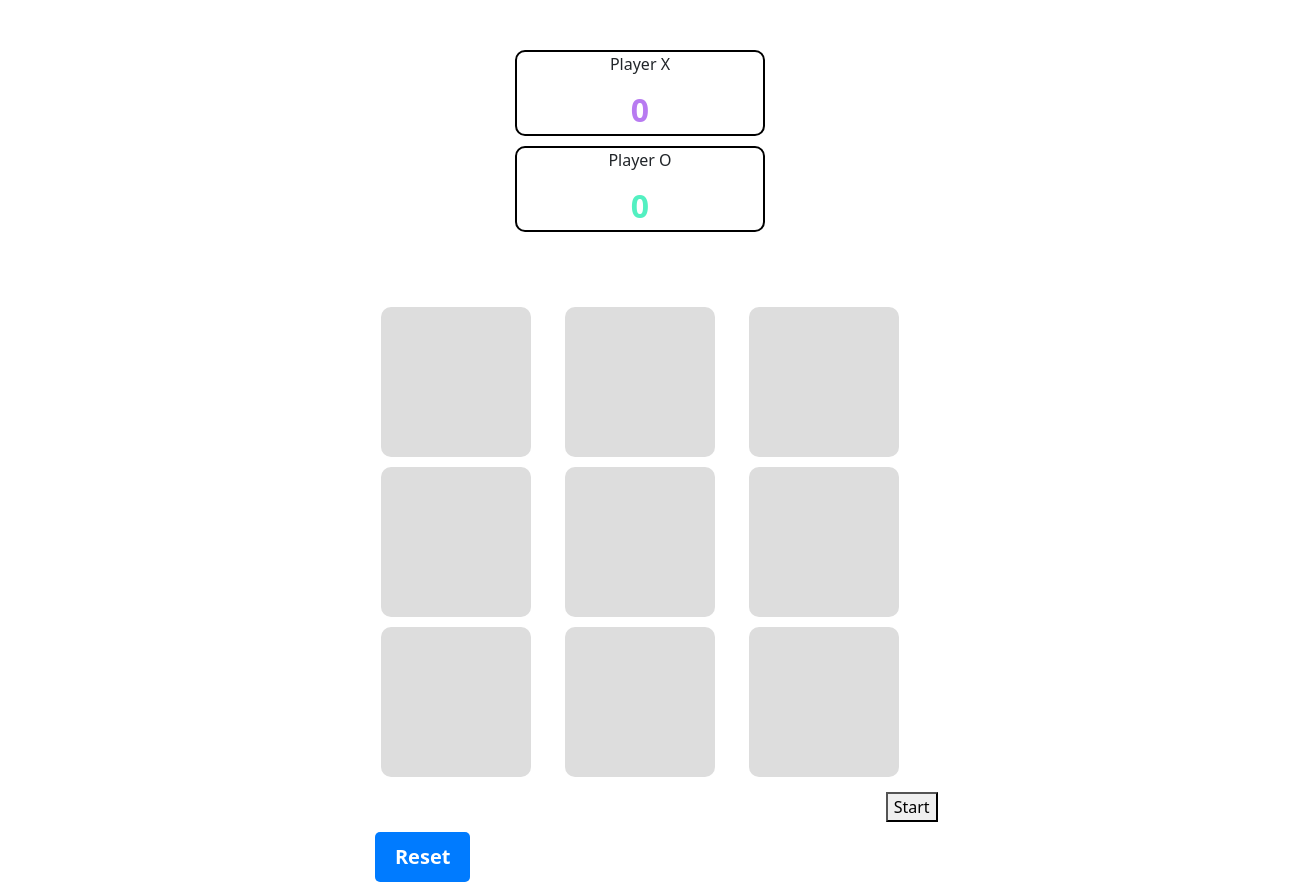
Repository: woodsdeshe/Tic-Tac-Toe
Page: index.html
The author's editor kept a copy of each file at every save. The page is drawn from the files as they stood at one save, then again after the next save.
The browser window is 1280 px wide. The page is 1292 px wide, so the pictures cover 1292 px, including what lies to the right of the window. The pictures show the whole page.

Above is the page before, as saved 2023-03-31 21:13:19.

### index.html
<!DOCTYPE html>
<html lang="en">
  <head>
    <meta charset="UTF-8" />
    <meta http-equiv="X-UA-Compatible" content="IE=edge" />
    <meta name="viewport" content="width=device-width, initial-scale=1.0" />
    <title>Tic Tac Toe | DeShe Woods</title>
    <link rel="stylesheet" href="styles.css" />
    <link
      href="https://cdn.jsdelivr.net/npm/bootstrap@5.3.0-alpha2/dist/css/bootstrap.min.css"
      rel="stylesheet"
      integrity="sha384-aFq/bzH65dt+w6FI2ooMVUpc+21e0SRygnTpmBvdBgSdnuTN7QbdgL+OapgHtvPp"
      crossorigin="anonymous"
    />
  </head>
  <body>
    <div class="container">
      <div class="row">
        <div class="col-12 scoreboard scoreboard-left">
          <div>Player X</div>
          <div class="score-x">0</div>
        </div>
        <div class="col-12 scoreboard scoreboard-right">
          <div>Player O</div>
          <div class="score-o">0</div>
        </div>
      </div>
      <div class="message"></div>
      <div class="container game-board">
        <div class="row">
          <div class="col-4">
            <div class="tile square-1"></div>
          </div>
          <div class="col-4">
            <div class="tile square-2"></div>
          </div>
          <div class="col-4">
            <div class="tile square-3"></div>
          </div>
        </div>
        <div class="row">
          <div class="col-4">
            <div class="tile square-4"></div>
          </div>
          <div class="col-4">
            <div class="tile square-5"></div>
          </div>
          <div class="col-4">
            <div class="tile square-6"></div>
          </div>
        </div>
        <div class="row">
          <div class="col-4">
            <div class="tile square-7"></div>
          </div>
          <div class="col-4">
            <div class="tile square-8"></div>
          </div>
          <div class="col-4">
            <div class="tile square-9"></div>
          </div>
        </div>
      </div>
      </div>
      <div class="row">
        <div class="col-8">
          <div class="reset">
            <button class="reset-btn">Reset</button>
          </div>
        </div>
        <div class="col-1"> <div class="start">
          <button class="startBtn">Start</button>
        </div></div>

      </div>
    </div>
    <script
      src="https://cdn.jsdelivr.net/npm/bootstrap@5.3.0-alpha2/dist/js/bootstrap.bundle.min.js"
      integrity="sha384-qKXV1j0HvMUeCBQ+QVp7JcfGl760yU08IQ+GpUo5hlbpg51QRiuqHAJz8+BrxE/N"
      crossorigin="anonymous"
    ></script>
    <script src="script.js"></script>
  </body>
</html>

### styles.css
.container {
  display: flex;
  flex-direction: column;
  align-items: center;
  margin-top: 50px;
}

.scoreboard {
  display: flex;
  flex-direction: column;
  align-items: center;
  border: 2px solid black;
  border-radius: 10px;
  width: 200px;
}

.scoreboard-left {
  margin-right: 70px;
  margin-bottom: 10px;
}

.scoreboard-right {
  margin: 0;
}

.score-x {
  font-size: 48px;
  color: rgb(184, 123, 241);
}

.score-o {
  font-size: 48px;
  color: rgb(83, 240, 193);
}

.score-x,
.score-o {
  font-size: 2em;
  font-weight: bold;
  margin-top: 10px;
}

.message {
  font-size: 2em;
  margin-bottom: 20px;
}

.game-board {
  display: flex;
  justify-content: center;
}

.tile {
  width: 150px;
  height: 150px;
  background-color: #ddd;
  margin: 5px;
  border-radius: 10px;
  display: flex;
  justify-content: center;
  align-items: center;
  font-size: 50px;
  font-weight: bold;
  cursor: pointer;
}

.reset {
  text-align: center;
  margin-top: 50px;
}

.reset-btn {
  font-size: 20px;
  font-weight: bold;
  padding: 10px 20px;
  background-color: #007bff;
  color: white;
  border-radius: 5px;
  border: none;
  cursor: pointer;
}

.start {
    text-align: center;
    margin-top: 10px;
}

.x-symbol {
    color: rgb(184, 123, 241);
}

.o-symbol {
    color: rgb(83, 240, 193);
}

@media (max-width: 767px) {
  .scoreboard {
    margin-bottom: 20px;
  }
}

### script.js
// Variables that access the squares, reset button, scoreboards , and messaging for the game that will stay constant
const gameBoard = document.querySelector(".game-board");
const resetBtn = document.querySelector(".reset-btn");
const scoreboardX = document.querySelector(".score-x");
const scoreboardO = document.querySelector(".score-o");
const message = document.querySelector(".message");
const tile = document.querySelectorAll(".tile");

// Variables that access the current player, game over, X and O scores that will change based on conditions of the game
let currentPlayer = "X";
let gameOver = false;
let xScore = 0;
let oScore = 0;

// This event listener will check to see if the tiles are empty and will fill them with the symbol of the current player

gameBoard.addEventListener("click", (event) => {
  event.preventDefault();

  //This if statement checks to see if the game is over before allowing the players to continue playing. If gameOver is true, then the board becomes unclickable
  if (gameOver) {
    return;
  }

  // This variable will hold the square that gets clicked using the .target property
  const square = event.target;

  // Checks to see if the square contains a class of tile and the square is empty. If it's empty then the square will contain a symbol and alternate the symbol according to the current player
  if (square.classList.contains("tile") && square.textContent === "") {
    // This if statement adds or removes the appropriate symbol class based on the current player so that the colors of the symbols will be different
    if (currentPlayer === "X") {
      square.classList.add("x-symbol");
      square.classList.remove("o-symbol");
    } else {
      square.classList.add("o-symbol");
      square.classList.remove("x-symbol");
    }

    square.textContent = currentPlayer;

    //Updates the message variable to show who's turn it is on the screen
    message.textContent = `It's ${currentPlayer} turn`;

    currentPlayer = currentPlayer === "X" ? "O" : "X";
  }

  //Calls the checkForWinner function after each turn to see if a player has won
  checkForWinner();
});

// Check to see if the tiles contain a winning play of a specific player
function currentPlay(plays, player) {
  // The .every method checks through every tile within the player array that checks to see if they contain the current players symbol with a boolean "true" or "false"
  return plays.every((tile) => {
    tileElement = document.querySelector(`.square-${tile}`);
    return tileElement.textContent === player;
  });
}

// This function will check to see which player has the winning set after each move
function checkForWinner() {
  // Nested arrays that show all the winning plays that are needed to win
  const winningPlays = [
    [1, 2, 3],
    [4, 5, 6],
    [7, 8, 9],
    [1, 4, 7],
    [2, 5, 8],
    [3, 6, 9],
    [1, 5, 9],
    [3, 5, 7],
  ];

  // Loops through each array within "winingPlays" and stores the values in the variable "plays"
  for (let i = 0; i < winningPlays.length; i++) {
    const plays = winningPlays[i];

    // Create if/else conditions that will check to see if the current player has a winning play thats in 'winningPlays', if no one wins, it calls the "itsATie" function to alert the players that the game is over and prevents the players from continuing to play using th endGame function"
    if (currentPlay(plays, "X")) {
      xScore++;
      scoreboardX.textContent = xScore;
      message.textContent = "Player X Wins!";
      gameOver = true;
      endGame();
    } else if (currentPlay(plays, "O")) {
      oScore++;
      scoreboardO.textContent = oScore;
      message.textContent = "Player O Wins!";
      gameOver = true;
      endGame();
    } else if (itsATie()) {
      message.textContent = "Game over! It's a tie!!!";
      gameOver = true;
      endGame();
    }
  }

  // This function iterates through all the tiles on the board and checks to see if the board is full. If there isn't any empty tiles left, it returns true.
  function itsATie() {
    for (let i = 0; i < tile.length; i++) {
      if (tile[i].textContent === "") {
        return false;
      }
    }
    return true;
  }

  // This function iterates through all the tiles in the game and removes the gameBoard listener so that the board is no longer clickable when the game is over
  function endGame() {
    for (let i = 0; i < tile.length; i++) {
      tile[i].removeEventListener("click", handleClick);
    }
  }
}

//This function resets the game
function resetGame() {
  currentPlayer = "X";
  gameOver = false;
  message.textContent = `It's ${currentPlayer} turn`;
  scoreboardX.textContent = "0";
  scoreboardO.textContent = "0";
  xScore = 0;
  oScore = 0;

  // Clears the board by setting the text content of all tiles to an empty string
  tile.forEach((tile) => {
    tile.textContent = "";
  });

  // Add back the event listener to each tile so that they are clickable again
  tile.forEach((tile) => {
    tile.addEventListener("click", handleTileClick);
  });
}

resetBtn.addEventListener("click", () => {
  resetGame();
});

After the next save:
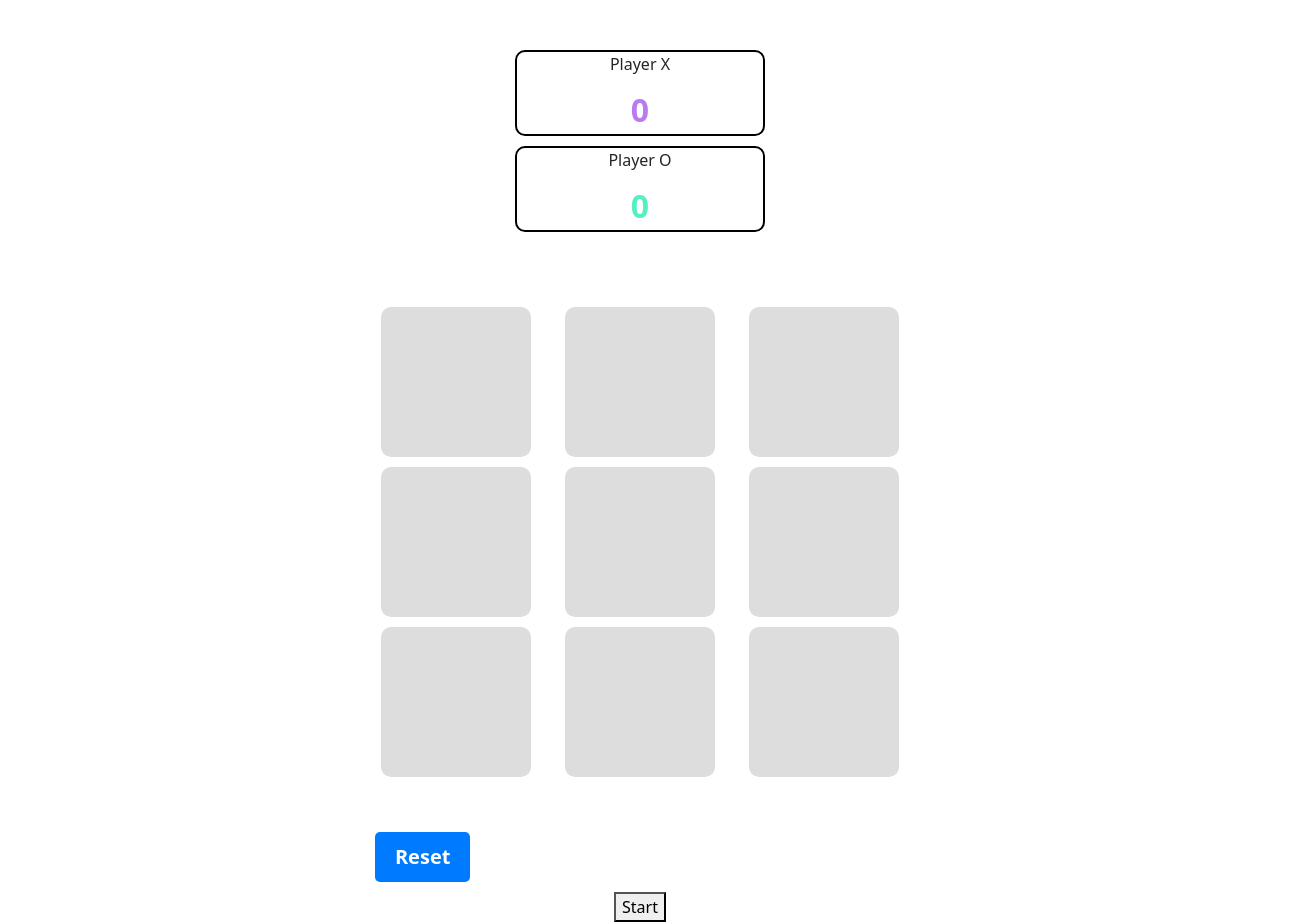
Saved 7 s later.
--- a/index.html
+++ b/index.html
@@ -68,7 +68,7 @@
             <button class="reset-btn">Reset</button>
           </div>
         </div>
-        <div class="col-1"> <div class="start">
+        <div class="col-"> <div class="start">
           <button class="startBtn">Start</button>
         </div></div>
 
